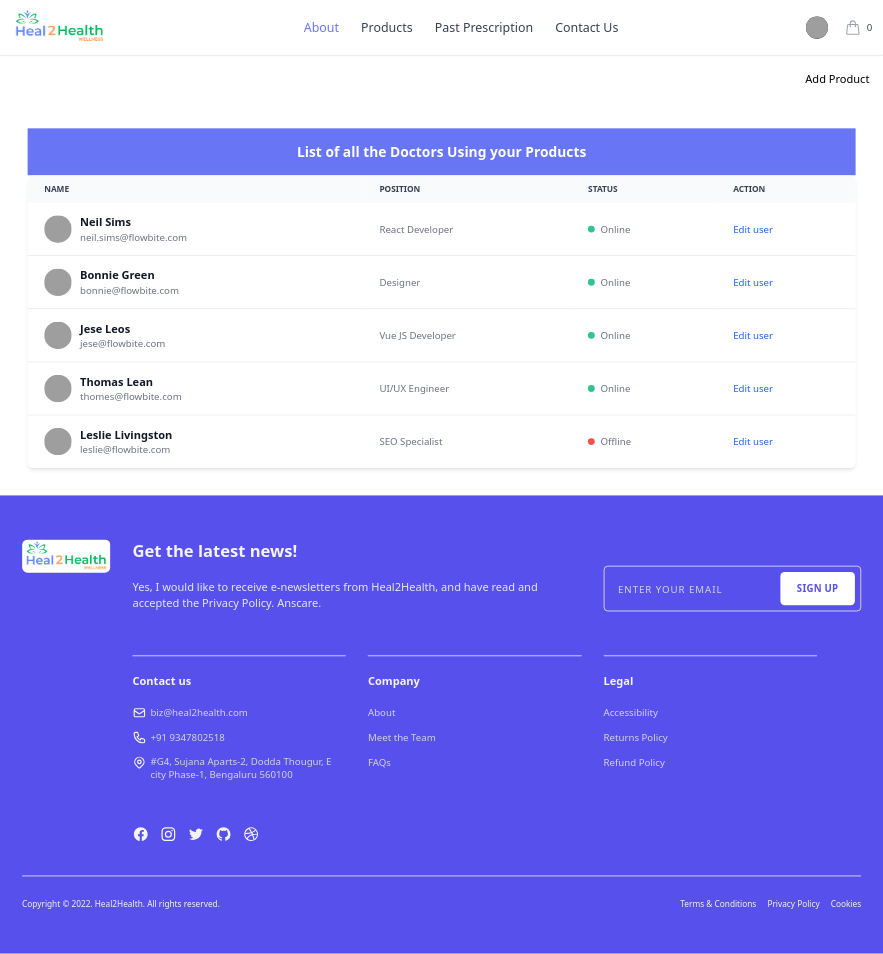
Repository: Akash123-coder/H2H
Page: /dealer (app in Frontend/)
These files come from the project's save history. The page is drawn as it stood at one moment and after the next save; the edit follows.
The browser window is 1280 px wide. The pictures show the whole page, at 69% of full size.
Pictures or frames that could not be fetched are drawn as grey boxes. The project was rebuilt for these pictures with package versions that can differ from the ones it lists, and the page was loaded fresh each time. Also part of the build but not shown: Frontend/vite.config.ts, Frontend/src/pages/About.tsx, Frontend/src/components/Cta.jsx, Frontend/src/pages/Home.jsx, Frontend/src/components/Product.tsx, Frontend/src/components/Select.jsx, Frontend/src/components/CompanySelect.jsx, Frontend/src/pages/Prescription.jsx and 7 more.

Above is the page before, as saved 2022-10-12 16:53:29.

### Frontend/index.html
<!DOCTYPE html>
<html lang="en">
  <head>
    <meta charset="UTF-8" />
    <link rel="icon" type="image/svg+xml" href="/vite.svg" />
    <meta name="viewport" content="width=device-width, initial-scale=1.0" />
    <title>Heal2Health</title>
  </head>
  <body>
    <div id="root"></div>
    <script type="module" src="/src/main.tsx"></script>
  </body>
</html>

### Frontend/src/main.tsx
import React from 'react'
import ReactDOM from 'react-dom/client'
import App from './App'
import './index.css'
import {BrowserRouter} from 'react-router-dom'

ReactDOM.createRoot(document.getElementById('root') as HTMLElement).render(
  <React.StrictMode>
    <BrowserRouter>
    <App />
    </BrowserRouter>
  </React.StrictMode>
)

### Frontend/src/App.jsx
import { Routes, Route } from "react-router-dom";
import Navbar from "./components/Navbar.jsx";
import { ShoppingCartProvider } from "./context/ShoppingCartContext";
import About from "./pages/About";
import Home from "./pages/Home";
import Prescription from "./pages/Prescription";
import SignUp from "./pages/SignUp";
import Footer from "./components/Footer";
import Login from "./pages/Login";
import PastPrescription from "./pages/PastPrescription.jsx";

import ProductPage from "./pages/ProductPage.jsx";
import DealerPage from "./pages/DealerPage.jsx";

function App() {
  return (
    <ShoppingCartProvider>
      <Navbar />
      <Routes>
        <Route path="/" element={<Home />} />
        <Route path="/prescription" element={<Prescription />} />
        <Route path="/about" element={<About />} />
        <Route path="/login" element={<Login />} />
        <Route path="/SignUp" element={<SignUp />} />
        <Route path="/pastprescription" element={<PastPrescription />} />
        <Route path="/ProductPage" element={<ProductPage />} />
        <Route path="/dealer" element={<DealerPage />} />
        {/* <Route path="/SignUp" element={<CompanyNameSelect />} /> */}
      </Routes>
      <Footer />
    </ShoppingCartProvider>
  );
}

export default App;

### Frontend/src/context/ShoppingCartContext.tsx
import {useContext ,useState, createContext ,ReactNode} from 'react'

const ShoppingCartContext = createContext({})

type ShoppingCartProviderProps ={
    children: ReactNode
}
type CartItem = {
    id: number
    quantity:number
}


type ShoppingCartContext ={
    CartQuantity:number
    CartItems:CartItem[]
    getItemQuantity:(id: number) => number
    increaseItemQuantity:(id: number) => void
    decreaseItemQuantity:(id: number) => void
    removeFromCart:(id: number) => void
}

export function useShoppingCart() {
  return ( useContext(ShoppingCartContext)
  )
}

export function ShoppingCartProvider({children}:ShoppingCartProviderProps){
    const [cartItems ,setCartItems] = useState<CartItem>([]);

    const CartQuantity = cartItems.reduce(
        (quantity ,item) => item.quantity + quantity,0
    )

    function getItemQuantity(id : number){
        return cartItems.find( item => item.id === id)?.quantity || 0
    }
    function increaseItemQuantity(id : number){
         setCartItems(currItems =>{
            if(currItems.find(item => item.id === id)==null){
                return [...currItems, {id , quantity : 1}]

            } else {
                return currItems.map(item =>{
                    if(item.id === id ){
                        return {...item ,quantity: item.quantity + 1}
                    }else{
                        return item
                    }
                })
            }
         })
    }
    function decreaseItemQuantity(id: number) {
        setCartItems(currItems => {
          if (currItems.find(item => item.id === id)?.quantity === 1) {
            return currItems.filter(item => item.id !== id)
          } else {
            return currItems.map(item => {
              if (item.id === id) {
                return { ...item, quantity: item.quantity - 1 }
              } else {
                return item
              }
            })
          }
        })
      }
    function removeFromCart(id : number){
        setCartItems(currItems =>{
            return currItems.filter(item =>item.id!==id)
        })
    }
    return (

        <ShoppingCartContext.Provider value = {{getItemQuantity,increaseItemQuantity,decreaseItemQuantity ,removeFromCart,cartItems,CartQuantity}}>
            {children}
        </ShoppingCartContext.Provider>
    )
}

### Frontend/src/pages/DealerPage.jsx
import React from 'react'
import List from '../components/List'

function DealerPage() {
  return (
    <div>
      <div className="p-5 w-full flex ">
        <div className="flex-1">

        </div>
        <div className="">
        <button>Add Product</button>
        </div>
      </div>
        <div className="p-10 ">
        <List/>
        </div>
    </div>
  )
}

export default DealerPage

### Frontend/src/components/List.jsx
import React from 'react'

function List() {
  return (
    <div>

    <div className="p-5 w-full sticky overflow-x-auto text-center text-white bg-indigo-500 text-xl font-bold">
        <p>List of all the Doctors Using your Products</p>
    </div>
<div className="overflow-x-auto relative shadow-md sm:rounded-lg">
    <table className="w-full text-sm text-left text-gray-500 dark:text-gray-400">
        <thead className="text-xs text-gray-700 uppercase bg-gray-50 dark:bg-gray-700 dark:text-gray-400">
            <tr>
                <th scope="col" className="py-3 px-6">
                    Name
                </th>
                <th scope="col" className="py-3 px-6">
                    Position
                </th>
                <th scope="col" className="py-3 px-6">
                    Status
                </th>
                <th scope="col" className="py-3 px-6">
                    Action
                </th>
            </tr>
        </thead>
        <tbody>
            <tr className="bg-white border-b dark:bg-gray-800 dark:border-gray-700 hover:bg-gray-50 dark:hover:bg-gray-600">

                <th scope="row" className="flex items-center py-4 px-6 text-gray-900 whitespace-nowrap dark:text-white">
                    <img className="w-10 h-10 rounded-full" src="http://begmetobuyit.com/application/css/images/noImage.jpg" alt="Jese image"/>
                    <div className="pl-3">
                        <div className="text-base font-semibold">Neil Sims</div>
                        <div className="font-normal text-gray-500">neil.sims@flowbite.com</div>
                    </div>
                </th>
                <td className="py-4 px-6">
                    React Developer
                </td>
                <td className="py-4 px-6">
                    <div className="flex items-center">
                        <div className="h-2.5 w-2.5 rounded-full bg-green-400 mr-2"></div> Online
                    </div>
                </td>
                <td className="py-4 px-6">
                    <a href="#" className="font-medium text-blue-600 dark:text-blue-500 hover:underline">Edit user</a>
                </td>
            </tr>
            <tr className="bg-white border-b dark:bg-gray-800 dark:border-gray-700 hover:bg-gray-50 dark:hover:bg-gray-600">

                <th scope="row" className="flex items-center py-4 px-6 font-medium text-gray-900 whitespace-nowrap dark:text-white">
                    <img className="w-10 h-10 rounded-full" src="http://begmetobuyit.com/application/css/images/noImage.jpg" alt="Jese image"/>
                    <div className="pl-3">
                        <div className="text-base font-semibold">Bonnie Green</div>
                        <div className="font-normal text-gray-500">bonnie@flowbite.com</div>
                    </div>
                </th>
                <td className="py-4 px-6">
                    Designer
                </td>
                <td className="py-4 px-6">
                    <div className="flex items-center">
                        <div className="h-2.5 w-2.5 rounded-full bg-green-400 mr-2"></div> Online
                    </div>
                </td>
                <td className="py-4 px-6">
                    <a href="#" className="font-medium text-blue-600 dark:text-blue-500 hover:underline">Edit user</a>
                </td>
            </tr>
            <tr className="bg-white border-b dark:bg-gray-800 dark:border-gray-700 hover:bg-gray-50 dark:hover:bg-gray-600">

                <th scope="row" className="flex items-center py-4 px-6 font-medium text-gray-900 whitespace-nowrap dark:text-white">
                    <img className="w-10 h-10 rounded-full" src="http://begmetobuyit.com/application/css/images/noImage.jpg" alt="Jese image"/>
                    <div className="pl-3">
                        <div className="text-base font-semibold">Jese Leos</div>
                        <div className="font-normal text-gray-500">jese@flowbite.com</div>
                    </div>
                </th>
                <td className="py-4 px-6">
                    Vue JS Developer
                </td>
                <td className="py-4 px-6">
                    <div className="flex items-center">
                        <div className="h-2.5 w-2.5 rounded-full bg-green-400 mr-2"></div> Online
                    </div>
                </td>
                <td className="py-4 px-6">
                    <a href="#" className="font-medium text-blue-600 dark:text-blue-500 hover:underline">Edit user</a>
                </td>
            </tr>
            <tr className="bg-white border-b dark:bg-gray-800 dark:border-gray-700 hover:bg-gray-50 dark:hover:bg-gray-600">

                <th scope="row" className="flex items-center py-4 px-6 font-medium text-gray-900 whitespace-nowrap dark:text-white">
                    <img className="w-10 h-10 rounded-full" src="http://begmetobuyit.com/application/css/images/noImage.jpg" alt="Jese image"/>
                    <div className="pl-3">
                        <div className="text-base font-semibold">Thomas Lean</div>
                        <div className="font-normal text-gray-500">thomes@flowbite.com</div>
                    </div>
                </th>
                <td className="py-4 px-6">
                    UI/UX Engineer
                </td>
                <td className="py-4 px-6">
                    <div className="flex items-center">
                        <div className="h-2.5 w-2.5 rounded-full bg-green-400 mr-2"></div> Online
                    </div>
                </td>
                <td className="py-4 px-6">
                    <a href="#" className="font-medium text-blue-600 dark:text-blue-500 hover:underline">Edit user</a>
                </td>
            </tr>
            <tr className="bg-white dark:bg-gray-800 hover:bg-gray-50 dark:hover:bg-gray-600">

                <th scope="row" className="flex items-center py-4 px-6 font-medium text-gray-900 whitespace-nowrap dark:text-white">
                    <img className="w-10 h-10 rounded-full" src="http://begmetobuyit.com/application/css/images/noImage.jpg" alt="Jese image"/>
                    <div className="pl-3">
                        <div className="text-base font-semibold">Leslie Livingston</div>
                        <div className="font-normal text-gray-500">leslie@flowbite.com</div>
                    </div>
                </th>
                <td className="py-4 px-6">
                    SEO Specialist
                </td>
                <td className="py-4 px-6">
                    <div className="flex items-center">
                        <div className="h-2.5 w-2.5 rounded-full bg-red-500 mr-2"></div> Offline
                    </div>
                </td>
                <td className="py-4 px-6">
                    <a href="#" className="font-medium text-blue-600 dark:text-blue-500 hover:underline">Edit user</a>
                </td>
            </tr>
        </tbody>
    </table>
</div>

    </div>
  )
}

export default List

### Frontend/tailwind.config.cjs
/** @type {import('tailwindcss').Config} */
module.exports = {
  content: [
    "./src/**/*.{js,jsx,ts,tsx}",
    "node_modules/flowbite-react/**/*.{js,jsx,ts,tsx}",
  ],
  theme: {
    extend: {},
  },
  plugins: [require("flowbite/plugin"), require("@tailwindcss/forms")],
};

### Frontend/src/components/DealerAddProduct.jsx
import React from 'react'

function DealerAddProduct() {
  return (
    <div>

{/* <!-- drawer init and show --> */}
<div class="text-center">
   <button class="text-white bg-blue-700 hover:bg-blue-800 focus:ring-4 focus:ring-blue-300 font-medium rounded-lg text-sm px-5 py-2.5 mr-2 mb-2 dark:bg-blue-600 dark:hover:bg-blue-700 focus:outline-none dark:focus:ring-blue-800" type="button" data-drawer-target="drawer-form" data-drawer-show="drawer-form" aria-controls="drawer-form">
   Show drawer form
   </button>
</div>
{/*
<!-- drawer component --> */}
<div id="drawer-form" class="fixed z-40 h-screen p-4 overflow-y-auto bg-white w-80 dark:bg-gray-800 transition-transform left-0 top-0 -translate-x-full" tabindex="-1" aria-labelledby="drawer-form-label" aria-hidden="true"/>
   <h5 id="drawer-label" class="inline-flex items-center mb-6 text-base font-semibold text-gray-500 uppercase dark:text-gray-400"><svg class="w-5 h-5 mr-2" aria-hidden="true" fill="currentColor" viewBox="0 0 20 20" xmlns="http://www.w3.org/2000/svg"><path fill-rule="evenodd" d="M18 10a8 8 0 11-16 0 8 8 0 0116 0zm-7-4a1 1 0 11-2 0 1 1 0 012 0zM9 9a1 1 0 000 2v3a1 1 0 001 1h1a1 1 0 100-2v-3a1 1 0 00-1-1H9z" clip-rule="evenodd"></path></svg>New event</h5>
   <button type="button" data-drawer-dismiss="drawer-form" aria-controls="drawer-form" class="text-gray-400 bg-transparent hover:bg-gray-200 hover:text-gray-900 rounded-lg text-sm p-1.5 absolute top-2.5 right-2.5 inline-flex items-center dark:hover:bg-gray-600 dark:hover:text-white">
      <svg aria-hidden="true" class="w-5 h-5" fill="currentColor" viewBox="0 0 20 20" xmlns="http://www.w3.org/2000/svg"><path fill-rule="evenodd" d="M4.293 4.293a1 1 0 011.414 0L10 8.586l4.293-4.293a1 1 0 111.414 1.414L11.414 10l4.293 4.293a1 1 0 01-1.414 1.414L10 11.414l-4.293 4.293a1 1 0 01-1.414-1.414L8.586 10 4.293 5.707a1 1 0 010-1.414z" clip-rule="evenodd"></path></svg>
      <span class="sr-only">Close menu</span>
   </button>
   <form action="#" class="mb-6">
      <div class="mb-6">
         <label for="title" class="block mb-2 text-sm font-medium text-gray-900 dark:text-gray-300">Title</label>
         <input type="text" id="title" class="bg-gray-50 border border-gray-300 text-gray-900 text-sm rounded-lg focus:ring-blue-500 focus:border-blue-500 block w-full p-2.5 dark:bg-gray-700 dark:border-gray-600 dark:placeholder-gray-400 dark:text-white dark:focus:ring-blue-500 dark:focus:border-blue-500" placeholder="Apple Keynote" required=""/>
      </div>
      <div class="mb-6">
         <label for="description" class="block mb-2 text-sm font-medium text-gray-900 dark:text-gray-400">Description</label>
         <textarea id="description" rows="4" class="block p-2.5 w-full text-sm text-gray-900 bg-gray-50 rounded-lg border border-gray-300 focus:ring-blue-500 focus:border-blue-500 dark:bg-gray-700 dark:border-gray-600 dark:placeholder-gray-400 dark:text-white dark:focus:ring-blue-500 dark:focus:border-blue-500" placeholder="Write event description..."></textarea>
      </div>
      <div class="relative mb-6">
         <div class="absolute inset-y-0 left-0 flex items-center pl-3 pointer-events-none">
            <svg aria-hidden="true" class="w-5 h-5 text-gray-500 dark:text-gray-400" fill="currentColor" viewBox="0 0 20 20" xmlns="http://www.w3.org/2000/svg"><path fill-rule="evenodd" d="M6 2a1 1 0 00-1 1v1H4a2 2 0 00-2 2v10a2 2 0 002 2h12a2 2 0 002-2V6a2 2 0 00-2-2h-1V3a1 1 0 10-2 0v1H7V3a1 1 0 00-1-1zm0 5a1 1 0 000 2h8a1 1 0 100-2H6z" clip-rule="evenodd"></path></svg>
         </div>
         <input datepicker="" datepicker-autohide="" datepicker-buttons="" type="text" class="bg-gray-50 border border-gray-300 text-gray-900 sm:text-sm rounded-lg focus:ring-blue-500 focus:border-blue-500 block w-full pl-10 p-2.5 dark:bg-gray-700 dark:border-gray-600 dark:placeholder-gray-400 dark:text-white dark:focus:ring-blue-500 dark:focus:border-blue-500 datepicker-input" placeholder="Select date"/>
      </div>
      <div class="mb-4">
         <label for="guests" class="mb-2 text-sm font-medium text-gray-900 sr-only dark:text-gray-300">Invite guests</label>
         <div class="relative">
            <input type="search" id="guests" class="block p-2.5 w-full text-sm text-gray-900 bg-gray-50 rounded-lg border border-gray-300 focus:ring-blue-500 focus:border-blue-500 dark:bg-gray-700 dark:border-gray-600 dark:placeholder-gray-400 dark:text-white dark:focus:ring-blue-500 dark:focus:border-blue-500" placeholder="Add guest email" required=""/>
            <button type="button" class="absolute inline-flex items-center px-3 py-1 text-sm font-medium text-white bg-blue-700 rounded-lg right-2 bottom-2 hover:bg-blue-800 focus:ring-4 focus:outline-none focus:ring-blue-300 dark:bg-blue-600 dark:hover:bg-blue-700 dark:focus:ring-blue-800"><svg class="w-4 h-4 mr-1" aria-hidden="true" fill="currentColor" viewBox="0 0 20 20" xmlns="http://www.w3.org/2000/svg"><path d="M8 9a3 3 0 100-6 3 3 0 000 6zM8 11a6 6 0 016 6H2a6 6 0 016-6zM16 7a1 1 0 10-2 0v1h-1a1 1 0 100 2h1v1a1 1 0 102 0v-1h1a1 1 0 100-2h-1V7z"></path></svg>Add</button>
         </div>
      </div>
      <div class="flex mb-4 -space-x-4">
         <img class="w-8 h-8 border-2 border-white rounded-full dark:border-gray-800" src="/docs/images/people/profile-picture-5.jpg" alt=""/>
         <img class="w-8 h-8 border-2 border-white rounded-full dark:border-gray-800" src="/docs/images/people/profile-picture-2.jpg" alt=""/>
         <img class="w-8 h-8 border-2 border-white rounded-full dark:border-gray-800" src="/docs/images/people/profile-picture-3.jpg" alt=""/>
         <img class="w-8 h-8 border-2 border-white rounded-full dark:border-gray-800" src="/docs/images/people/profile-picture-4.jpg" alt=""/>
      </div>
      <button type="submit" class="text-white justify-center flex items-center bg-blue-700 hover:bg-blue-800 w-full focus:ring-4 focus:ring-blue-300 font-medium rounded-lg text-sm px-5 py-2.5 mr-2 mb-2 dark:bg-blue-600 dark:hover:bg-blue-700 focus:outline-none dark:focus:ring-blue-800"><svg class="w-5 h-5 mr-2" aria-hidden="true" fill="currentColor" viewBox="0 0 20 20" xmlns="http://www.w3.org/2000/svg"><path fill-rule="evenodd" d="M6 2a1 1 0 00-1 1v1H4a2 2 0 00-2 2v10a2 2 0 002 2h12a2 2 0 002-2V6a2 2 0 00-2-2h-1V3a1 1 0 10-2 0v1H7V3a1 1 0 00-1-1zm0 5a1 1 0 000 2h8a1 1 0 100-2H6z" clip-rule="evenodd"></path></svg> Create event</button>
   </form>
</div>

  )
}

export default DealerAddProduct

Loaded but not shown: Frontend/src/index.css (common file); Frontend/src/components/Footer.jsx (300 lines, source omitted); Frontend/src/pages/Cart.jsx (227 lines, source omitted); Frontend/src/components/Navbar.jsx (181 lines, source omitted)

After the next save:
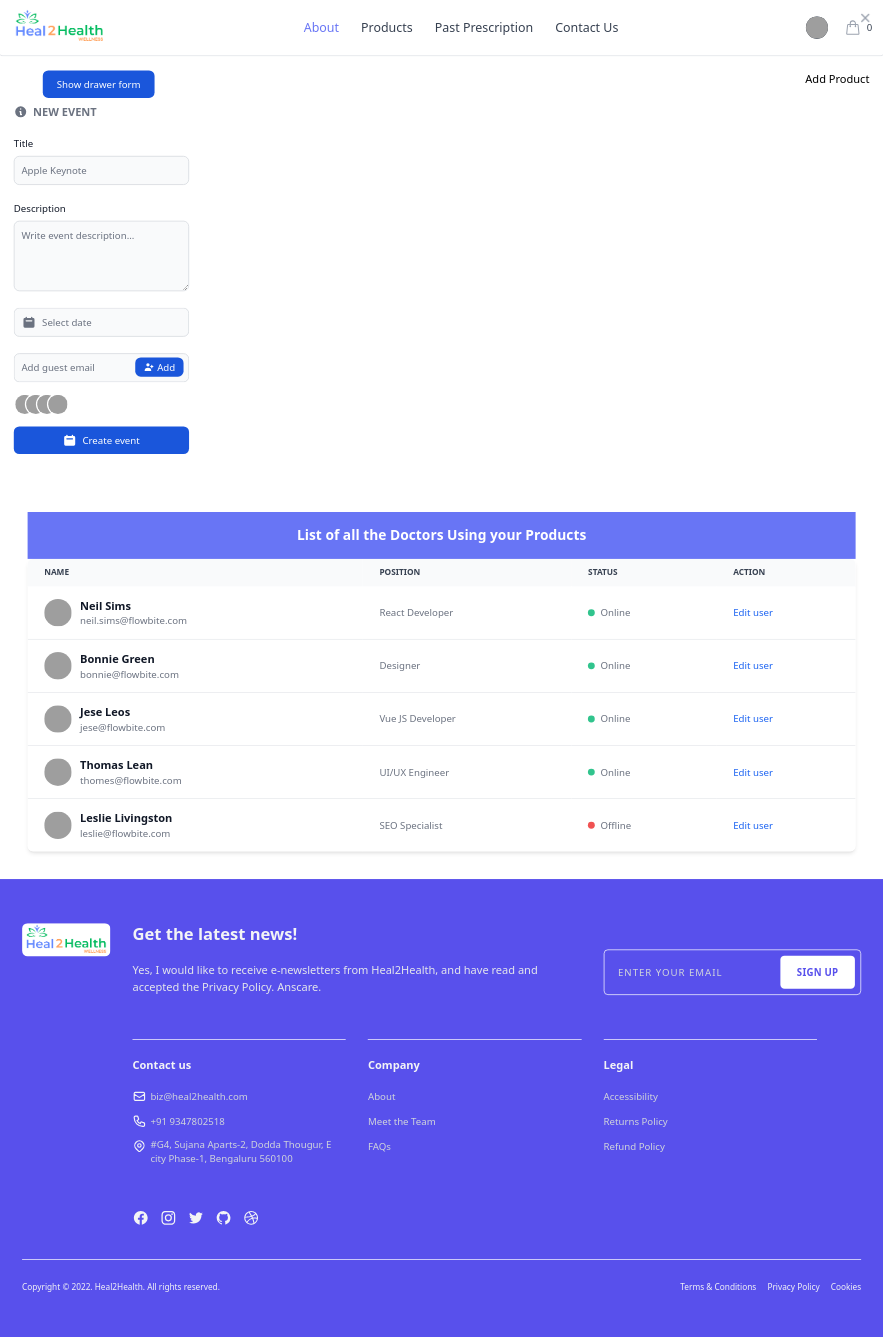
Saved 61 s later.
--- a/Frontend/src/pages/DealerPage.jsx
+++ b/Frontend/src/pages/DealerPage.jsx
@@ -1,4 +1,5 @@
 import React from 'react'
+import DealerAddProduct from '../components/DealerAddProduct'
 import List from '../components/List'
 
 function DealerPage() {
@@ -6,7 +7,7 @@ function DealerPage() {
     <div>
       <div className="p-5 w-full flex ">
         <div className="flex-1">
-
+          <div className="w-fit"><DealerAddProduct/></div>
         </div>
         <div className="">
         <button>Add Product</button>
